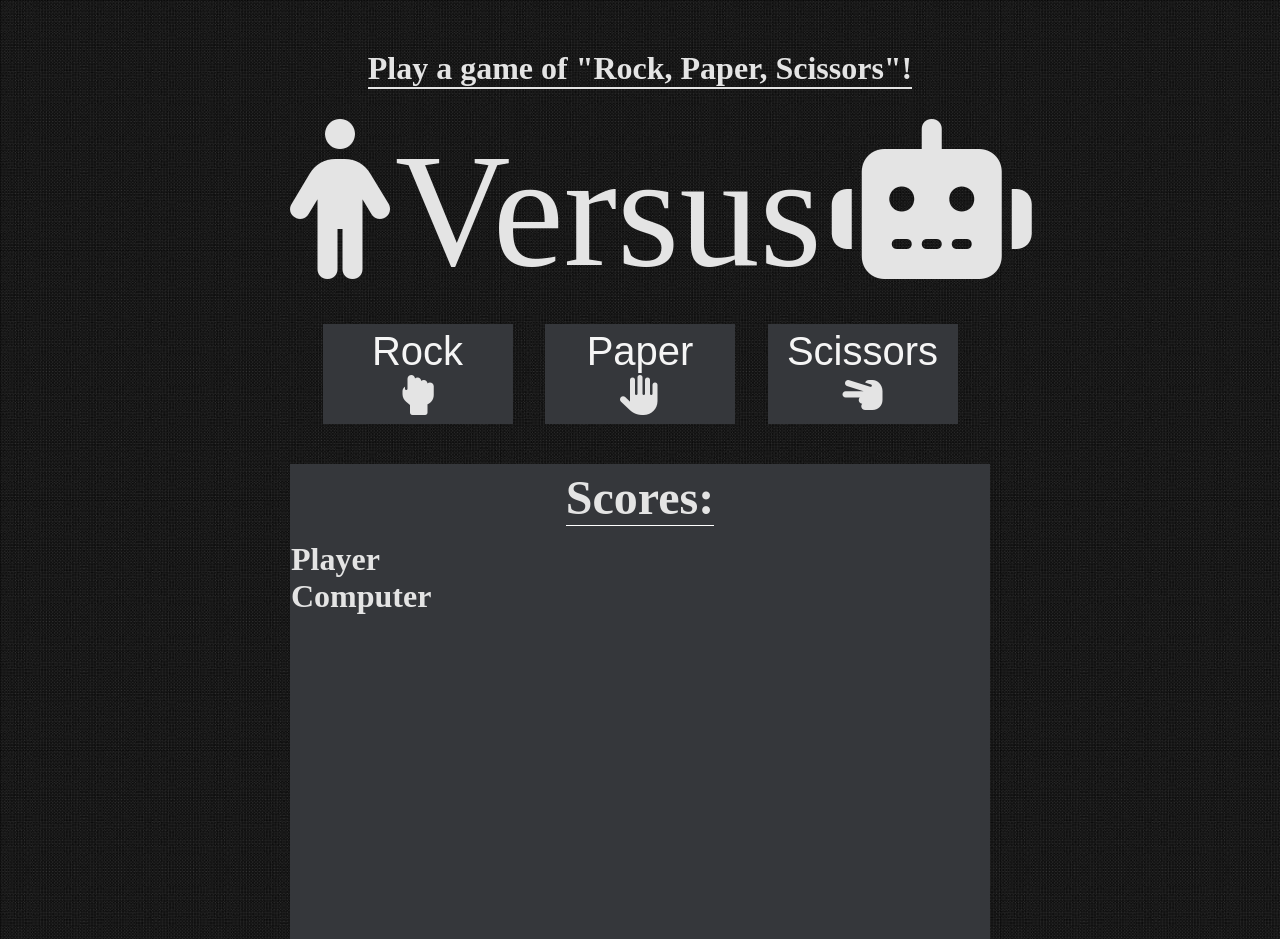
Repository: Pafestivo/rock-paper-scissors
Page: index.html
The author's editor kept a copy of each file at every save. The page is drawn from the files as they stood at one save, then again after the next save.
The browser window is 1280 px wide. The pictures show the whole page.
Some web libraries are served in a nearby version.

Above is the page before, as saved 2022-10-14 15:35:54.

### index.html
<!DOCTYPE html>
<html lang="en">
<head>
  <meta charset="UTF-8">
  <meta name="viewport" content="width=device-width, initial-scale=1.0">
  <link rel="stylesheet" href="styles.css">
  <script src="js-file.js" defer></script>
  <script src="https://kit.fontawesome.com/e2364af56b.js" crossorigin="anonymous"></script>
  <title>Rock, Paper, Scissors</title>
</head>
<body>

  <header>
    <h1>Play a game of "Rock, Paper, Scissors"!</h1>
  </header>
  <div id="versus">
    <i class="fa-solid fa-person"></i>
    <p>Versus</p>
    <i class="fa-solid fa-robot"></i>
  </div> <!-- /versus -->

  <div class="buttons">
    <button id="rock">
      Rock
      <i class="fa-solid fa-hand-back-fist"></i>
    </button>
    <button id="paper">
      Paper
      <i class="fa-solid fa-hand"></i>
    </button>
    <button id="scissors">
      Scissors
      <i class="fa-solid fa-hand-scissors"></i>
    </button>
  </div> <!-- /buttons -->


  <div id="results">

    <div class="scores">
      <h1 id="scores-header">Scores:</h1>
    </div> <!-- /scores -->

    <div class="colums">
      <div class="player-scores">
        <h1>Player</h1>
      </div> <!-- /player-scores -->

      <div class="comp-scores">
        <h1>Computer</h1>
      </div> <!-- /comp-scores -->
    </div><!-- /columns -->

  </div> <!-- /results -->
</body>
</html>

### styles.css
* {
  margin: 0;
  padding: 0;
  box-sizing: border-box;
}

body {
  font-family: serif;
  background-image: url(images/background.jpg);
  color: rgb(228, 228, 228);
}

header {
  width: max-content;
  margin: 50px auto 30px auto;
  border-bottom: 2px solid rgb(228, 228, 228);
}

#versus {
  display: flex;
  width: 700px;
  font-size: 10rem;
  margin: 0 auto 20px auto;
  justify-content: space-evenly;
  color: rgb(228, 228, 228);
}

.fa-robot {
  margin-left: 10px;
  font-size: 10rem;
}

.fa-person {
  font-size: 10rem;
  margin-right: 5px;
}

.buttons {
  display: flex;
  width: 700px;
  margin: 0 auto;
  justify-content: space-evenly;
}

button {
  width: 190px;
  height: 100px;
  background-color: #35373B;
  border: none;
  font-size: 40px;
  color: whitesmoke;
}

button .fa-solid {
  width: 100%;
  color: rgb(228, 228, 228);
}

button:hover {
  cursor: pointer;
  background-color: #56595f;
}

button:focus {
  background-color: #635656;
}

#results {
  margin: 40px auto 0 auto;
  width: 700px;
  height: 475px;
  padding: 1px;
  background-color: #35373B;
}

#scores-header {
  margin: 5px auto 15px auto;
  font-size: 3em;
  width: max-content;
  border-bottom: 1px solid white;
}

.columns {
  display: flex;
  flex-direction: row;
}

.round-result {
  margin: 5px;
  text-align: center;
  padding: 0;
}

### js-file.js
//round logic
function playRound(playerSelection, computerSelection) {
  let log = ""

  if (
    (playerSelection === "Rock" && computerSelection === "Paper") ||
    (playerSelection === "Paper" && computerSelection === "Scissors") ||
    (playerSelection === "Scissors" && computerSelection === "Rock")
    ) {
    log = "You lost this round!"
  }
  else if (
    (playerSelection === "Paper" && computerSelection === "Rock") ||
    (playerSelection === "Rock" && computerSelection === "Scissors") ||
    (playerSelection === "Scissors" && computerSelection === "Paper")
  ) {
    log = "You won this round!"
  }
  else if (
    (playerSelection === "Rock" && computerSelection === "Rock") ||
    (playerSelection === "Paper" && computerSelection === "Paper") ||
    (playerSelection === "Scissors" && computerSelection === "Scissors")
  ) {
    log = "This round is a draw!"
  }
  else { //input doesn't match rock, paper, or scissors.
    log = "ERROR! Please choose a valid value."
  }

  return log;
};

//computer selection
function getComputerChoice() {
  const possibleChoices = ["Rock", "Paper", "Scissors"];
  const randomize = Math.floor(Math.random() * possibleChoices.length);
  return(possibleChoices[randomize]);
};


const results = document.querySelector('#results');


//function for each player selection
function rockRound() {
  let computerSelection = getComputerChoice();
  console.log(computerSelection);

  const para = document.createElement('p');
  para.classList.add('round-result');
  para.textContent = playRound("Rock", computerSelection);
  results.appendChild(para);
};

function paperRound() {
  let computerSelection = getComputerChoice();
  console.log(computerSelection);

  const para = document.createElement('p');
  para.classList.add('round-result');
  para.textContent = playRound("Rock", computerSelection);
  results.appendChild(para);
};

function scissorsRound() {
  let computerSelection = getComputerChoice();
  console.log(computerSelection);

  const para = document.createElement('p');
  para.classList.add('round-result');
  para.textContent = playRound("Rock", computerSelection);
  results.appendChild(para);
};
//end of player selection functions


//adding event listeners to each button
const rock = document.querySelector('#rock');
rock.addEventListener("click", rockRound);

const paper = document.querySelector('#paper');
paper.addEventListener("click", paperRound);

const scissors = document.querySelector('#scissors');
scissors.addEventListener("click", scissorsRound);

After the next save:
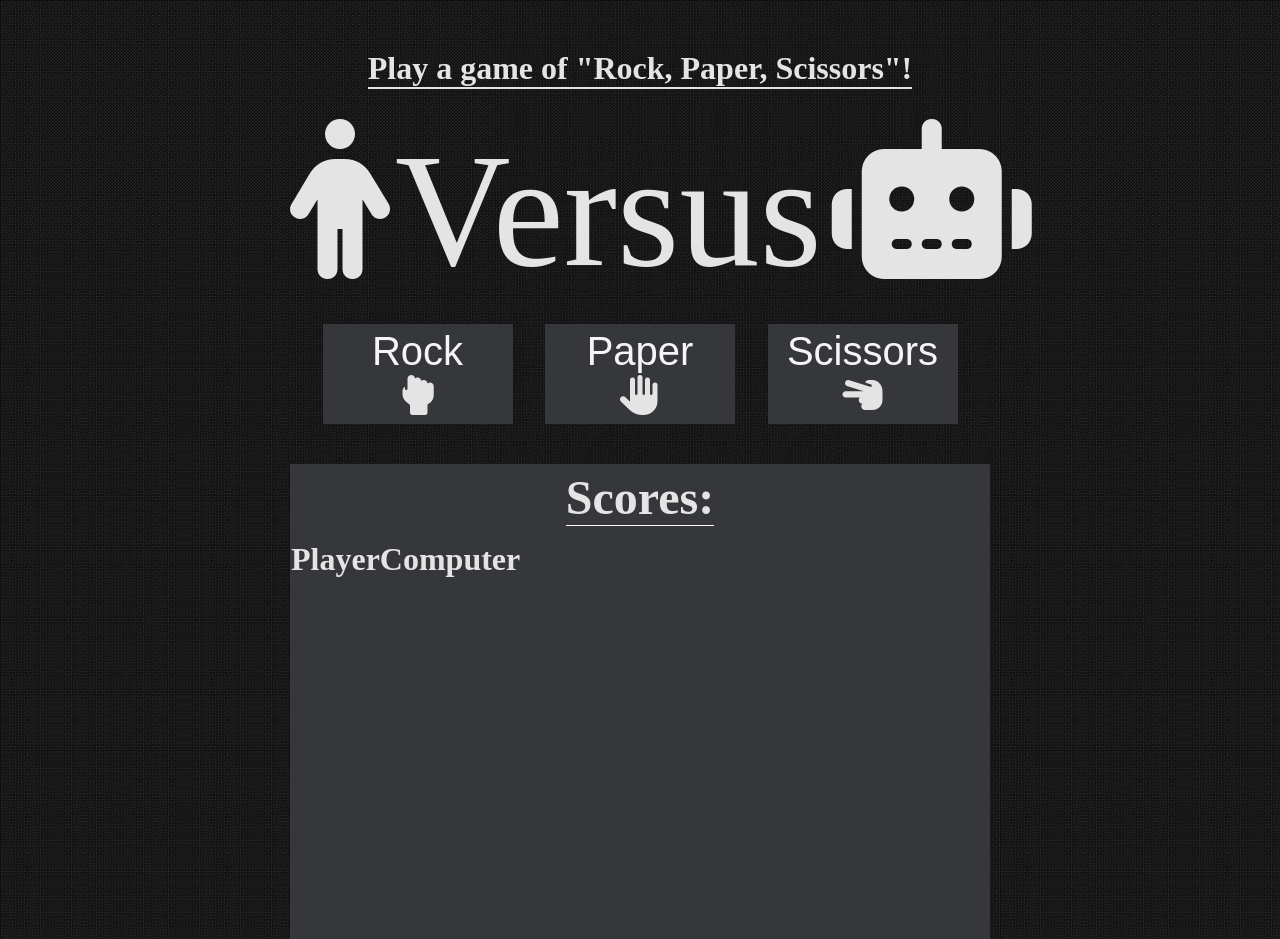
Saved 12 s later.
--- a/index.html
+++ b/index.html
@@ -41,7 +41,7 @@
       <h1 id="scores-header">Scores:</h1>
     </div> <!-- /scores -->
 
-    <div class="colums">
+    <div class="columns">
       <div class="player-scores">
         <h1>Player</h1>
       </div> <!-- /player-scores -->
